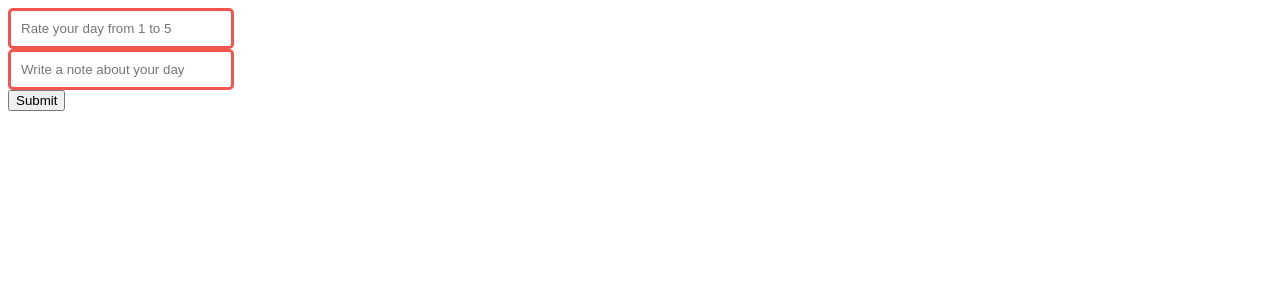
Repository: elenav24/RateMyDay
Page: frontend/index.html
These files come from the project's save history. The page is drawn as it stood at one moment and after the next save; the edit follows.
The browser window is 1280 px wide. The pictures show the whole page.

Above is the page before, as saved 2025-05-15 01:19:39.

After the next save:
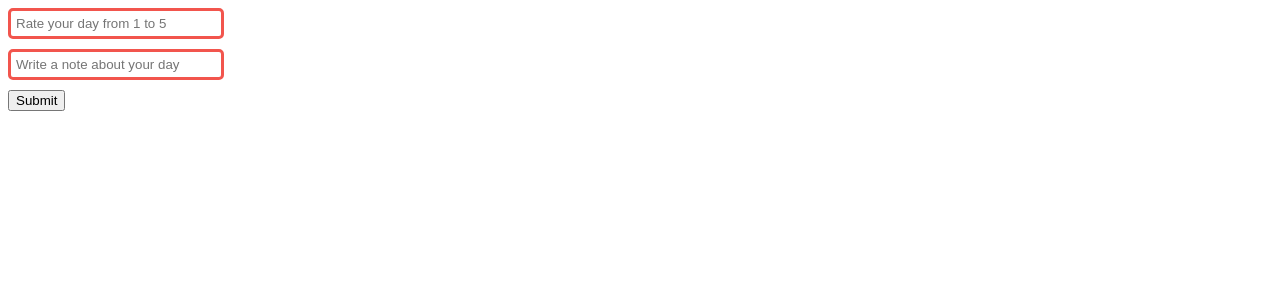
Saved 15 s later.
--- a/frontend/style.css
+++ b/frontend/style.css
@@ -12,5 +12,6 @@
     border: 3px solid #f2554d;
     border-radius: 5px;
     width: 200px;
-    padding: 10px;
+    padding: 5px;
+    margin-bottom: 10px;
 }
